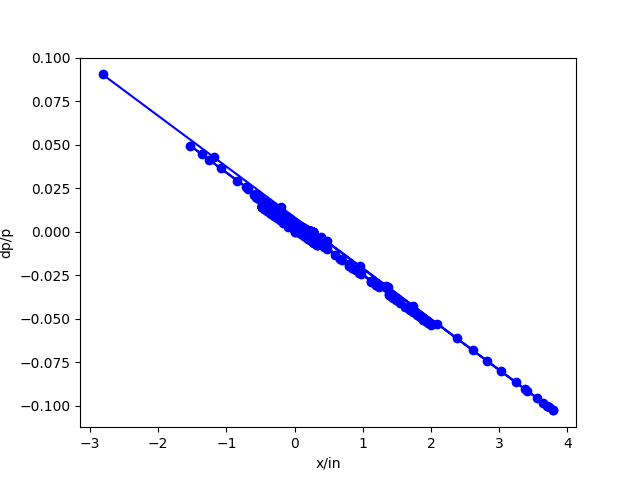
Repository: leiradom/Modified-linear-theory
Script's output: python 2_F_function.py
The author's editor kept a copy of each file at every save. The script's output is drawn from the files as they stood at one save, then again after the next save.
Random numbers start from a fixed seed.

Above is the script's output before, as saved 2021-04-06 12:18:12.

After the next save:
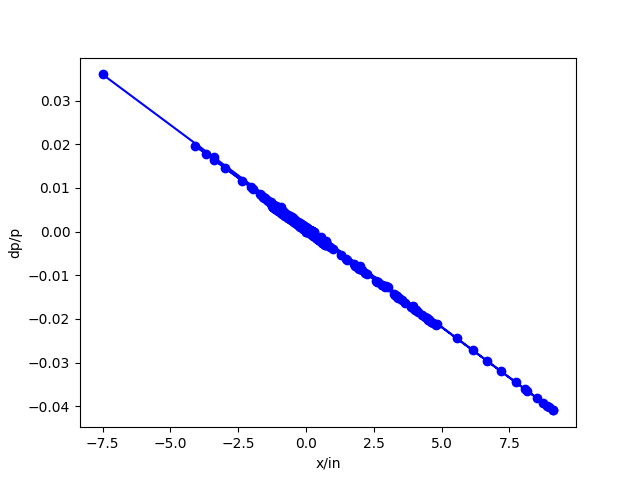
Saved 25 s later.
--- a/2_F_function.py
+++ b/2_F_function.py
@@ -12,7 +12,7 @@ P0 = 101325                 #输入大气静压
 gama = 1.4                  #比热比
 B = math.sqrt(M * M - 1)    #修正因子
 k = (1 / math.sqrt(2)) * (gama + 1) * M**4 * B**(-1.5)   #特征性系数k
-r0 = 10                      #r0为计算的位置  DWB为63.072
+r0 = 63.072                      #r0为计算的位置  DWB为63.072
 con = (gama * M**2)/(math.sqrt(2 * B * r0))
 
 
